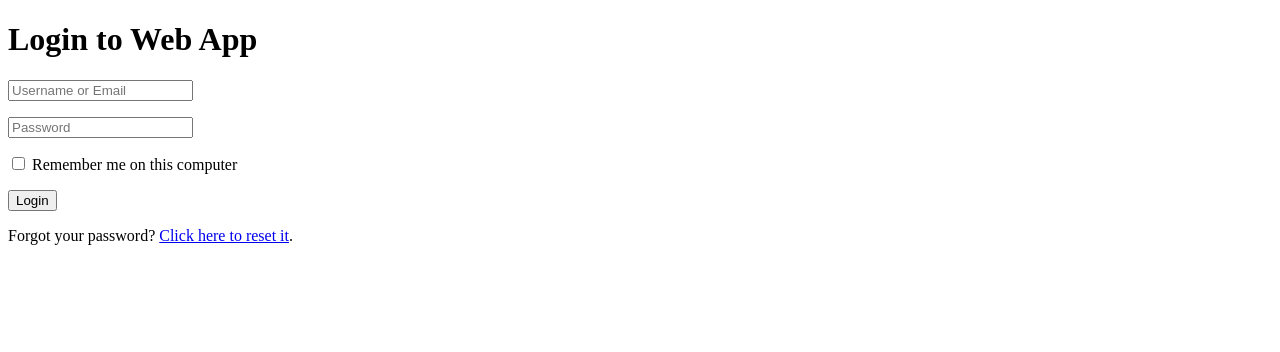
Repository: feefifofannie/SapientNitroTraining
Page: WebProject/WebContent/PortalExercise/login.html
An editor plug-in stored every save of this project. The page is shown before and after the next save, followed by the edit.
The browser window is 1280 px wide. The pictures show the whole page.

Above is the page before, as saved 2015-09-15 08:57:02.

After the next save:
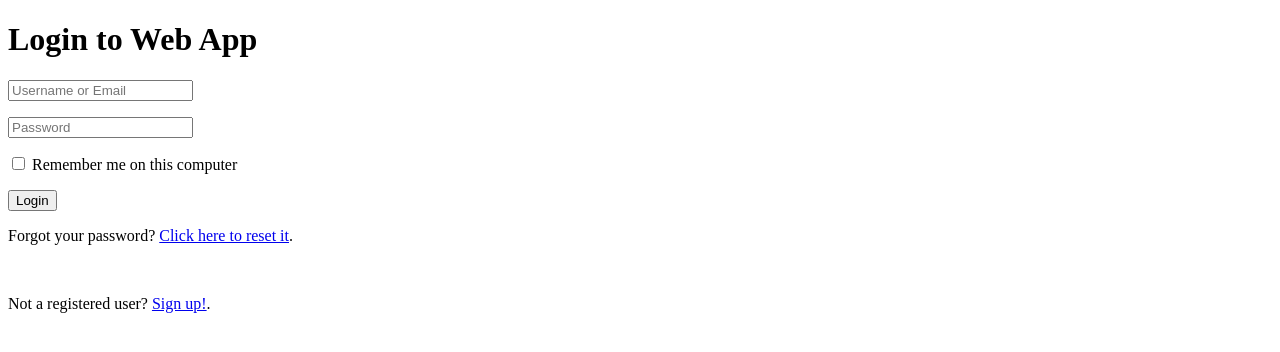
Saved 13 s later.
--- a/WebProject/WebContent/PortalExercise/login.html
+++ b/WebProject/WebContent/PortalExercise/login.html
@@ -18,7 +18,7 @@
         <p class="submit"><input type="submit" name="commit" value="Login" ></p>
       </form>
 
-      <p>Forgot your password? <a href="index.html">Click here to reset it</a>.</p>
-
+      <p>Forgot your password? <a href="passwordreset.html">Click here to reset it</a>.</p> <br>
+      <p>Not a registered user? <a href="signup.html">Sign up!</a>.</p>
 </body>
 </html>
